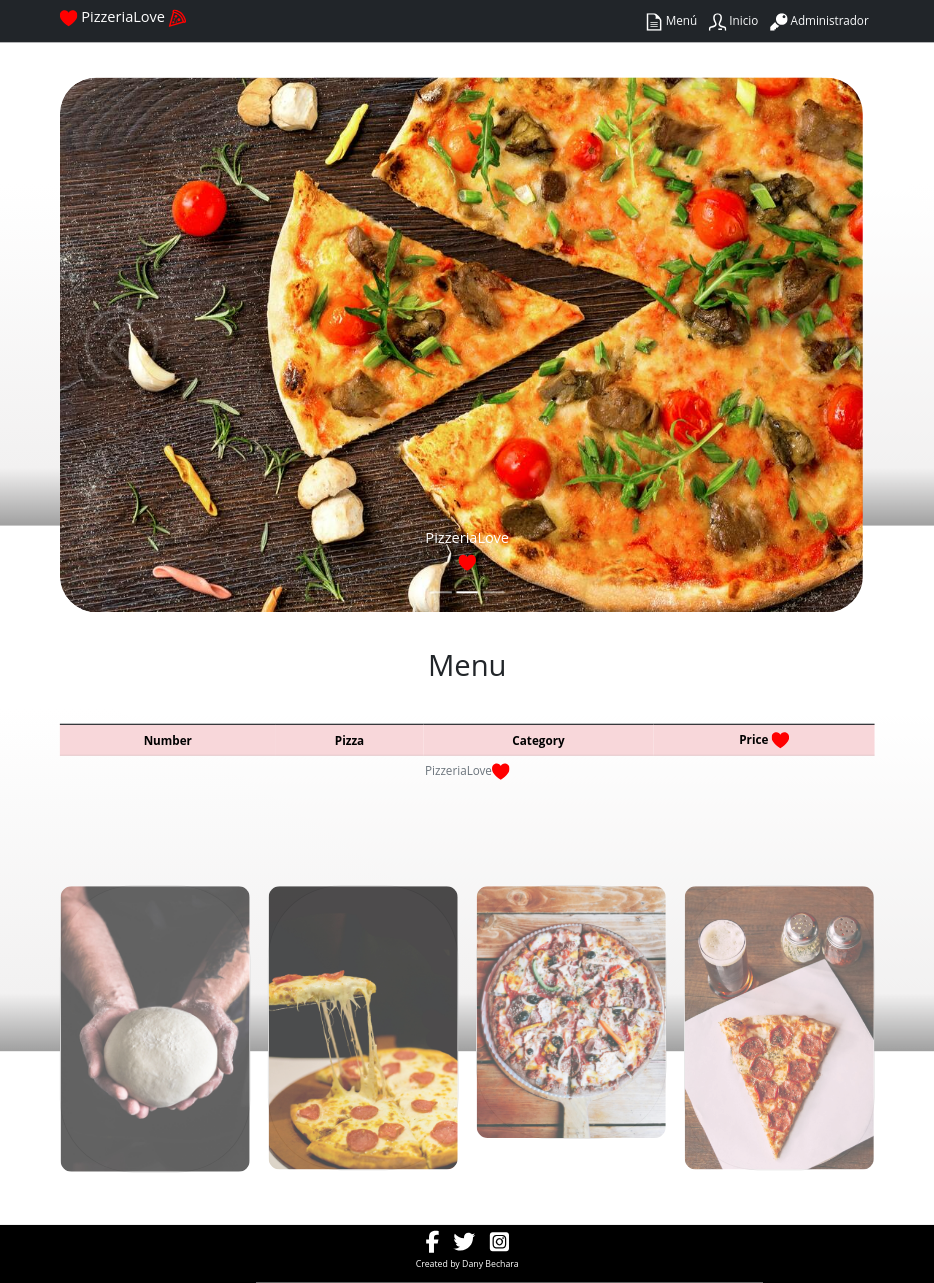
Repository: bechara611/PizzeriaLove
Page: /
An editor plug-in stored every save of this project. The page is shown before and after the next save, followed by the edit.
The browser window is 1280 px wide. The pictures show the whole page, at 73% of full size.
The page's requests for data from a server got no answer. Backgrounds fixed to the window are drawn as part of the page. The project was rebuilt for these pictures with package versions that can differ from the ones it lists, and the page was loaded fresh each time. No one was signed in, and anything a server would have sent is missing. Also part of the build but not shown: src/App.css, src/App.js, src/Componentes/FormularioAgregarMenu.css, src/Elementos/Alerta.js, src/Elementos/AlertaRed.js, src/Componentes/FormularioAgregarMenu.js.

Above is the page before, as saved 2022-02-25 22:57:05.

After the next save:
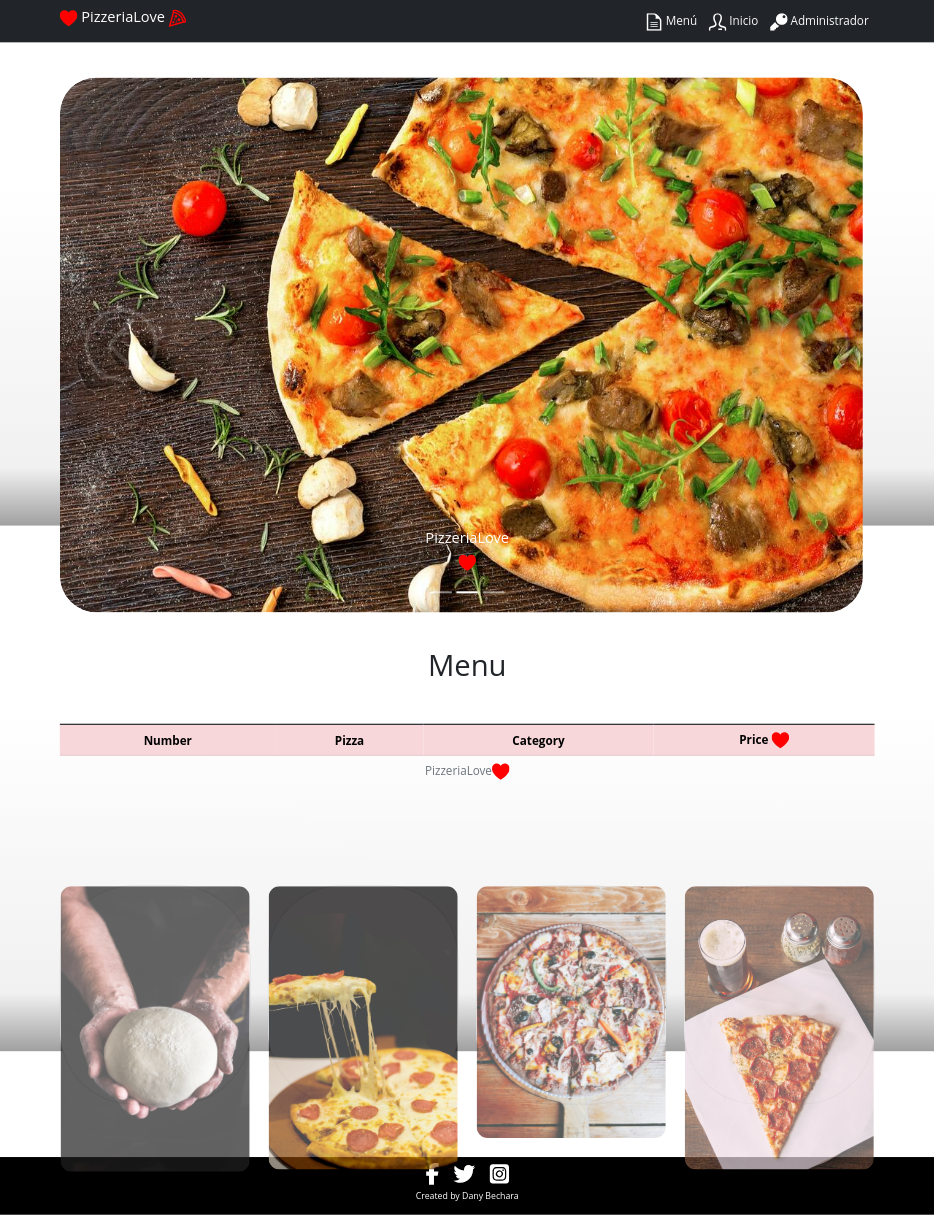
Saved 35 s later.
--- a/src/Componentes/Galeria.css
+++ b/src/Componentes/Galeria.css
@@ -1,6 +1,7 @@
 .cardcita{
    border-radius: 100px;
     max-width: 300px;
+    max-height: 300px;
 
 
 

After the save that followed:
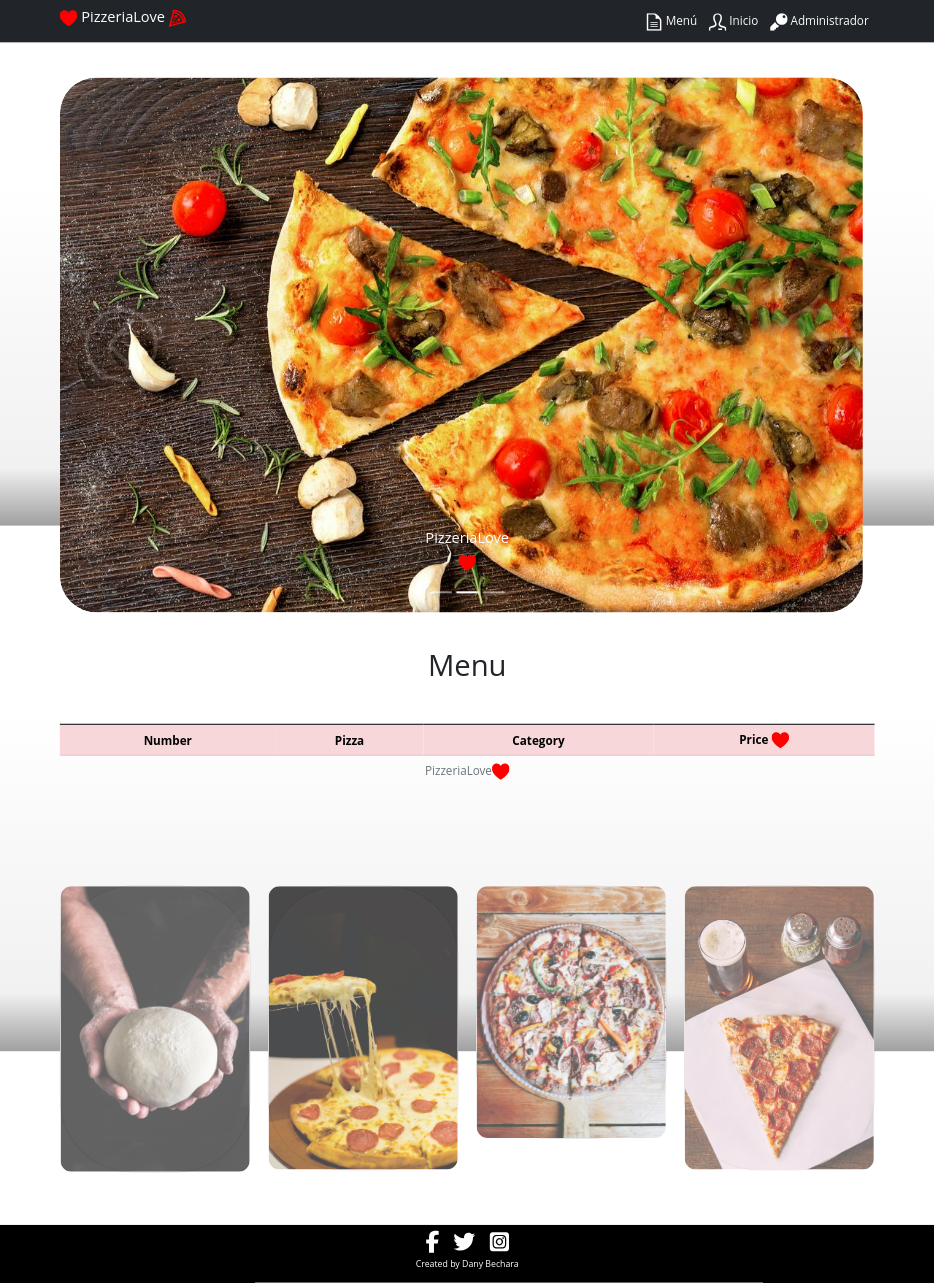
Saved 39 s later.
--- a/src/Componentes/Galeria.css
+++ b/src/Componentes/Galeria.css
@@ -1,7 +1,7 @@
 .cardcita{
    border-radius: 100px;
     max-width: 300px;
-    max-height: 300px;
+
 
 
 
